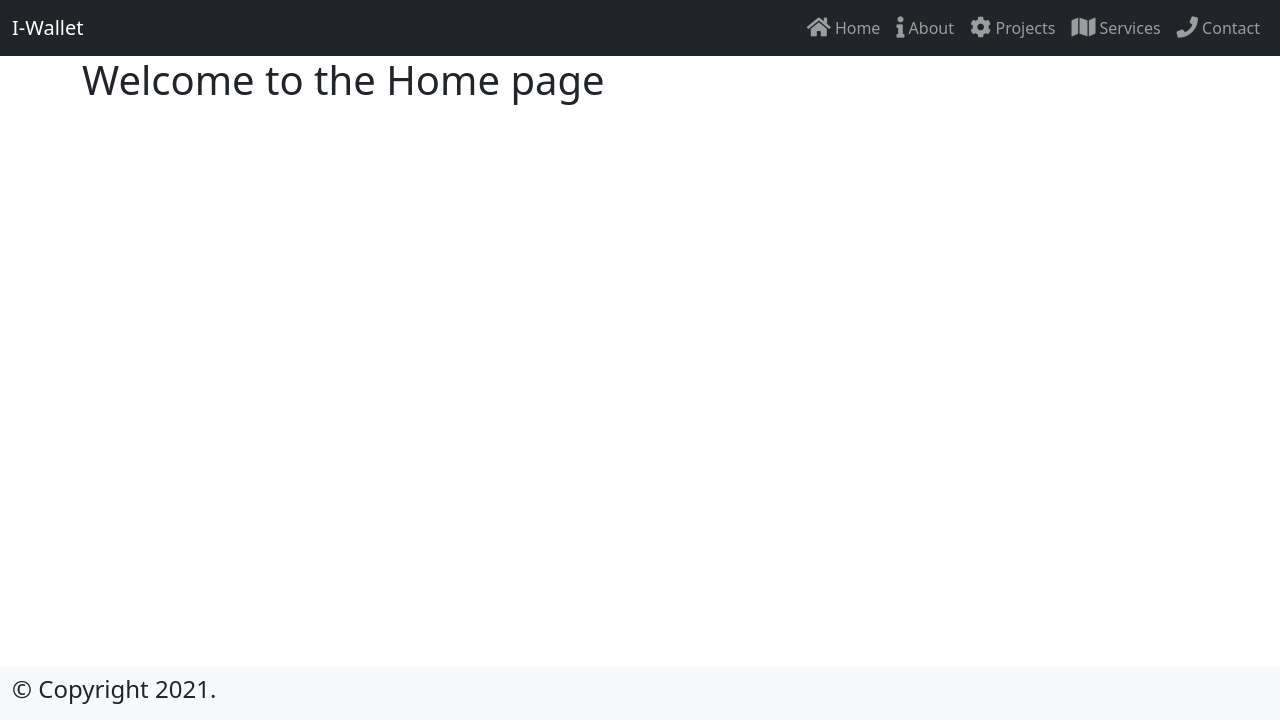
Repository: ahmed-mb-ali/I-Wallet
Page: http://localhost/
These files come from the project's save history. The page is drawn as it stood at one moment and after the next save; the edit follows.
The browser window is 1280 px wide. The pictures show the whole page.
The page is served by the project's Node server (index.js). Other server files are loaded and not shown.

Above is the page before, as saved 2021-08-02 13:07:06.

### views/index.ejs
<!DOCTYPE html>
<html lang="en">
<head>
  <meta charset="UTF-8">
  <meta http-equiv="X-UA-Compatible" content="IE=edge">
  <meta name="viewport" content="width=device-width, initial-scale=1.0">
  <title><%= title %></title>
  <!-- CSS Section -->
  <link rel="stylesheet" href="/bootstrap/dist/css/bootstrap.min.css">
  <link rel="stylesheet" href="/@fortawesome/fontawesome-free/css/all.min.css">
  <link rel="stylesheet" href="/Content/app.css">
</head>
<body>
  <!-- Navigation Section -->
  <nav class="navbar navbar-expand-lg navbar-dark bg-dark">
    <div class="container-fluid">
      <a class="navbar-brand" href="#">I-Wallet</a>
      <button class="navbar-toggler" type="button" data-bs-toggle="collapse" data-bs-target="#navbarSupportedContent" aria-controls="navbarSupportedContent" aria-expanded="false" aria-label="Toggle navigation">
        <span class="navbar-toggler-icon"></span>
      </button>
      <div class="collapse navbar-collapse" id="navbarSupportedContent">
        <ul class="navbar-nav ms-auto mb-2 mb-lg-0">
          <li class="nav-item">
            <a class="nav-link" href="/home"><i class="fas fa-home fa-lg"></i> Home</a>
          </li>
          <li class="nav-item">
            <a class="nav-link" href="/about"><i class="fas fa-info fa-lg"></i> About</a>
          </li>
          <li class="nav-item">
            <a class="nav-link" href="/projects"><i class="fas fa-cog fa-lg"></i> Projects</a>
          </li>
          <li class="nav-item">
            <a class="nav-link" href="/services"><i class="fas fa-map fa-lg"></i> Services</a>
          </li>
          <li class="nav-item">
            <a class="nav-link" href="/contact"><i class="fas fa-phone fa-lg"></i> Contact</a>
          </li>
        </ul>
      </div>
    </div>
  </nav>

  <div class="container">
    <h1>Welcome to the <%= title %> page</h1>
  </div>

  <!-- Bottom Nav -->
  <nav class="navbar fixed-bottom navbar-light bg-light">
    <div class="container-fluid">
      <h4>&copy; Copyright 2021.</h4>
    </div>
  </nav>

  <!-- JavaScript Section -->
  <script src="/jquery/dist/jquery.min.js"></script>
  <script src="/bootstrap/dist/js/bootstrap.min.js"></script>
  <script src="/Scripts/app.js"></script>
</body>
</html>

### index.js
#!/usr/bin/env node
"use strict";
var __importDefault = (this && this.__importDefault) || function (mod) {
    return (mod && mod.__esModule) ? mod : { "default": mod };
};
Object.defineProperty(exports, "__esModule", { value: true });
const app_1 = __importDefault(require("./app"));
const debug_1 = __importDefault(require("debug"));
debug_1.default('week-3d:server');
const http_1 = __importDefault(require("http"));
let port = normalizePort(process.env.PORT || '3000');
app_1.default.set('port', port);
let server = http_1.default.createServer(app_1.default);
server.listen(port);
server.on('error', onError);
server.on('listening', onListening);
function normalizePort(val) {
    let port = parseInt(val, 10);
    if (isNaN(port)) {
        return val;
    }
    if (port >= 0) {
        return port;
    }
    return false;
}
function onError(error) {
    if (error.syscall !== 'listen') {
        throw error;
    }
    var bind = typeof port === 'string'
        ? 'Pipe ' + port
        : 'Port ' + port;
    switch (error.code) {
        case 'EACCES':
            console.error(bind + ' requires elevated privileges');
            process.exit(1);
            break;
        case 'EADDRINUSE':
            console.error(bind + ' is already in use');
            process.exit(1);
            break;
        default:
            throw error;
    }
}
function onListening() {
    let addr = server.address();
    let bind = typeof addr === 'string'
        ? 'pipe ' + addr
        : 'port ' + addr.port;
    debug_1.default('Listening on ' + bind);
}
//# sourceMappingURL=index.js.map

### routes/index.js
"use strict";
var __importDefault = (this && this.__importDefault) || function (mod) {
    return (mod && mod.__esModule) ? mod : { "default": mod };
};
Object.defineProperty(exports, "__esModule", { value: true });
const express_1 = __importDefault(require("express"));
const router = express_1.default.Router();
exports.default = router;
router.get('/', function (req, res, next) {
    res.render('index', { title: 'Home' });
});
router.get('/home', function (req, res, next) {
    res.render('index', { title: 'Home' });
});
router.get('/about', function (req, res, next) {
    res.render('index', { title: 'About' });
});
router.get('/projects', function (req, res, next) {
    res.render('index', { title: 'Projects' });
});
router.get('/services', function (req, res, next) {
    res.render('index', { title: 'Services' });
});
router.get('/contact', function (req, res, next) {
    res.render('index', { title: 'Contact' });
});
//# sourceMappingURL=index.js.map

### app.js
"use strict";
var __importDefault = (this && this.__importDefault) || function (mod) {
    return (mod && mod.__esModule) ? mod : { "default": mod };
};
Object.defineProperty(exports, "__esModule", { value: true });
const http_errors_1 = __importDefault(require("http-errors"));
const express_1 = __importDefault(require("express"));
const path_1 = __importDefault(require("path"));
const cookie_parser_1 = __importDefault(require("cookie-parser"));
const morgan_1 = __importDefault(require("morgan"));
const index_1 = __importDefault(require("./routes/index"));
const app = express_1.default();
exports.default = app;
app.set('views', path_1.default.join(__dirname, 'views'));
app.set('view engine', 'ejs');
app.use(morgan_1.default('dev'));
app.use(express_1.default.json());
app.use(express_1.default.urlencoded({ extended: false }));
app.use(cookie_parser_1.default());
app.use(express_1.default.static(path_1.default.join(__dirname, 'Client')));
app.use(express_1.default.static(path_1.default.join(__dirname, "node_modules")));
app.use('/', index_1.default);
app.use(function (req, res, next) {
    next(http_errors_1.default(404));
});
app.use(function (err, req, res, next) {
    res.locals.message = err.message;
    res.locals.error = req.app.get('env') === 'development' ? err : {};
    res.status(err.status || 500);
    res.render('error');
});
//# sourceMappingURL=app.js.map

### Client/Content/app.css
/* your custom css goes here */

### Client/Scripts/app.js
"use strict";
(function () {
    function Start() {
        console.log("App Started");
    }
    window.addEventListener("load", Start);
})();
//# sourceMappingURL=app.js.map

After the next save:
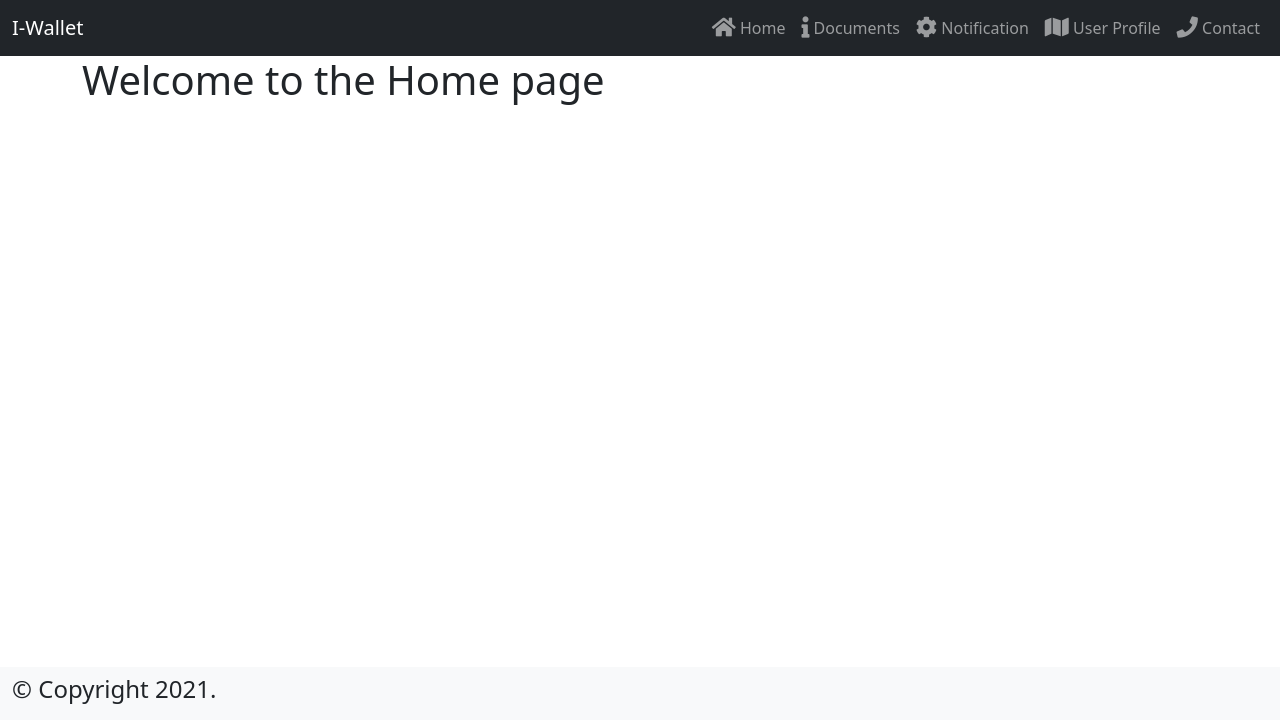
Saved 51 min 8 s later.
--- a/views/index.ejs
+++ b/views/index.ejs
@@ -24,13 +24,13 @@
             <a class="nav-link" href="/home"><i class="fas fa-home fa-lg"></i> Home</a>
           </li>
           <li class="nav-item">
-            <a class="nav-link" href="/about"><i class="fas fa-info fa-lg"></i> About</a>
+            <a class="nav-link" href="/document"><i class="fas fa-info fa-lg"></i> Documents</a>
           </li>
           <li class="nav-item">
-            <a class="nav-link" href="/projects"><i class="fas fa-cog fa-lg"></i> Projects</a>
+            <a class="nav-link" href="/notification"><i class="fas fa-cog fa-lg"></i> Notification</a>
           </li>
           <li class="nav-item">
-            <a class="nav-link" href="/services"><i class="fas fa-map fa-lg"></i> Services</a>
+            <a class="nav-link" href="/profile"><i class="fas fa-map fa-lg"></i> User Profile</a>
           </li>
           <li class="nav-item">
             <a class="nav-link" href="/contact"><i class="fas fa-phone fa-lg"></i> Contact</a>
